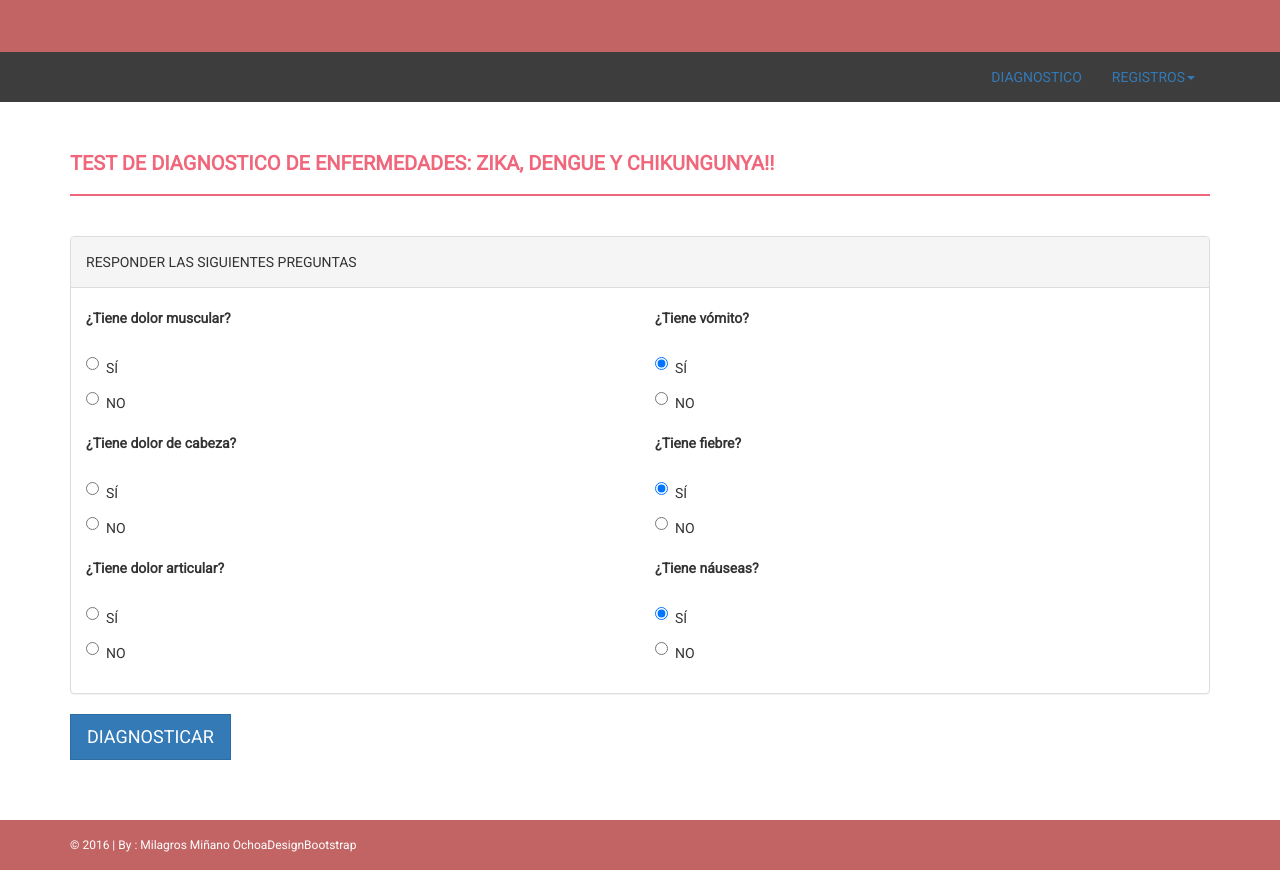
Repository: Mili10/PROYECTOII
Page: http://localhost/Capa_Presentacion/frmCuestionario.jsp
These files come from the project's save history. The page is drawn as it stood at one moment and after the next save; the edit follows.
The browser window is 1280 px wide. The pictures show the whole page.
The page is served by Tomcat 9. Other server files are loaded and not shown.

Above is the page before, as saved 2016-07-02 20:58:44.

### sistema_experto_web/Capa_Presentacion/WebContent/frmCuestionario.jsp
<%@ page language="java" contentType="text/html; charset=ISO-8859-1"
    pageEncoding="ISO-8859-1"%>
<!DOCTYPE html PUBLIC "-//W3C//DTD HTML 4.01 Transitional//EN" "http://www.w3.org/TR/html4/loose.dtd">
<html>
<head>
<meta http-equiv="Content-Type" content="text/html; charset=ISO-8859-1">
<title>Insert title here</title>
	<link href="Plantilla/css/bootstrap.css" rel="stylesheet" />
    <link href="Plantilla/css/font-awesome.css" rel="stylesheet" />
    <link href="Plantilla/css/style.css" rel="stylesheet" />
</head>
<body>
	<jsp:include page="includes/masterHeader.jsp"></jsp:include>

	<!-- MENU SECTION END-->
    <div class="content-wrapper">
        <div class="container">
            <div class="row">
                <div class="col-md-12">
                    <h4 class="page-head-line">TEST DE DIAGNOSTICO DE ENFERMEDADES: ZIKA, DENGUE Y CHIKUNGUNYA!! </h4>
                </div>
            </div>
                    <div class="panel panel-default">
                    <div class="panel-heading">
                        RESPONDER LAS SIGUIENTES PREGUNTAS
                    </div>
                    <div class="row">
                    <div class="panel-body">

                     	<div class="col-md-6">
	                       <form>
								<div class="form-group">
								    <label for="exampleInputEmail1">¿Tiene dolor muscular?</label>
								</div>
								<div class="radio">
								  <label>
								    <input type="radio" name="D_MuscularS" id="optionsRadios1" value="option1" >
								    SÍ
								  </label>
								</div>
								<div class="radio">
								  <label>
								    <input type="radio" name="D_MuscularN" id="optionsRadios2" value="option2">
								    NO
								  </label>
								</div>
							</form>

							<form>
								<div class="form-group">
								    <label for="exampleInputEmail1">¿Tiene dolor de cabeza?</label>
								</div>
								<div class="radio">
								  <label>
								    <input type="radio" name="D_CabezaS" id="optionsRadios1" value="option1" >
								    SÍ
								  </label>
								</div>
								<div class="radio">
								  <label>
								    <input type="radio" name="D_CabezaN" id="optionsRadios2" value="option2">
								    NO
								  </label>
								</div>
							</form>

							<form>
								<div class="form-group">
								    <label for="exampleInputEmail1">¿Tiene dolor articular?</label>
								</div>
								<div class="radio">
								  <label>
								    <input type="radio" name="D_ArticularS" id="optionsRadios1" value="option1">
								    SÍ
								  </label>
								</div>
								<div class="radio">
								  <label>
								    <input type="radio" name="D_ArticularN" id="optionsRadios2" value="option2">
								    NO
								  </label>
								</div>
							</form>
						</div>

						 <div class="col-md-6">
	                       <form>
								<div class="form-group">
								    <label for="exampleInputEmail1">¿Tiene vómito?</label>
								</div>
								<div class="radio">
								  <label>
								    <input type="radio" name="VomitoS" id="optionsRadios1" value="option1" checked="">
								    SÍ
								  </label>
								</div>
								<div class="radio">
								  <label>
								    <input type="radio" name="VomitoN" id="optionsRadios2" value="option2">
								    NO
								  </label>
								</div>
							</form>

							<form>
								<div class="form-group">
								    <label for="exampleInputEmail1">¿Tiene fiebre?</label>
								</div>
								<div class="radio">
								  <label>
								    <input type="radio" name="FiebreS" id="optionsRadios1" value="option1" checked="">
								    SÍ
								  </label>
								</div>
								<div class="radio">
								  <label>
								    <input type="radio" name="FiebreN" id="optionsRadios2" value="option2">
								    NO
								  </label>
								</div>
							</form>

							<form>
								<div class="form-group">
								    <label for="exampleInputEmail1">¿Tiene náuseas?</label>
								</div>
								<div class="radio">
								  <label>
								    <input type="radio" name="NauseasS" id="optionsRadios1" value="option1" checked="">
								    SÍ
								  </label>
								</div>
								<div class="radio">
								  <label>
								    <input type="radio" name="NauseasN" id="optionsRadios2" value="option2">
								    NO
								  </label>
								</div>
							</form>
						 </div>

                     </div>
                     </div>

                            </div>
                            <button class="btn btn-primary btn-lg" data-toggle="modal" data-target="#myModal">
                              DIAGNOSTICAR
                            </button>

                    </div>
               </div>

	<jsp:include page="includes/masterFooter.jsp"></jsp:include>

	<script src="Plantilla/js/jquery-1.11.1.js"></script>
    <script src="Plantilla/js/bootstrap.js"></script>
</body>
</html>

### sistema_experto_web/Capa_Presentacion/WebContent/includes/masterHeader.jsp
    <div class="navbar navbar-inverse set-radius-zero">
        <div class="container">
            <div class="navbar-header">
                <button type="button" class="navbar-toggle" data-toggle="collapse" data-target=".navbar-collapse">
                    <span class="icon-bar"></span>
                    <span class="icon-bar"></span>
                    <span class="icon-bar"></span>
                </button>
                <a class="navbar-brand" href="index.html">

                </a>

            </div>

        </div>
    </div>
    <!-- LOGO HEADER END-->
    <section class="menu-section">
        <div class="container">
            <div class="row">
                <div class="col-md-12">
                    <div class="navbar-collapse collapse">
                        <ul class="nav navbar-nav navbar-right">
                            <li><a href="frmCuestionario.jsp">DIAGNOSTICO</a></li>
                            <li class="dropdown">
                            	<a href="#" class="dropdown-toggle" data-toggle="dropdown" role="button" aria-haspopup="true" aria-expanded="false">REGISTROS<span class="caret"></span></a>
                            	<ul class="dropdown-menu">
						            <li><a href="frmRegistroSintoma.jsp" role="button">SINTOMA</a></li>
						        </ul>
                            </li>
                        </ul>
                    </div>
                </div>

            </div>
        </div>
    </section>

### sistema_experto_web/Capa_Presentacion/WebContent/includes/masterFooter.jsp
<!-- CONTENT-WRAPPER SECTION END-->
    <footer>
        <div class="container">
            <div class="row">
                <div class="col-md-12">
                    &copy; 2016 | By : Milagros Miñano Ochoa<a href="http://www.designbootstrap.com/" target="_blank">DesignBootstrap</a>
                </div>

            </div>
        </div>
    </footer>

### sistema_experto_web/Capa_Presentacion/WebContent/Plantilla/css/style.css

/*=============================================================
    Authour URL: www.designbootstrap.com

    http://www.designbootstrap.com/

    License: MIT

    http://opensource.org/licenses/MIT

    100% Free To use For Personal And Commercial Use.

    IN EXCHANGE JUST TELL PEOPLE ABOUT THIS WEBSITE

========================================================  */


/* =============================================================
   GENERAL STYLES
 ============================================================ */

@import url(http://fonts.googleapis.com/css?family=Roboto); /* FREE GOOGLE FONT */

body {
    font-family: 'Roboto', sans-serif;
    line-height: 30px;
}

.set-radius-zero {
    border-radius: 0px;
    -moz-border-radius: 0px;
    -webkit-border-radius: 0px;
}

.content-wrapper {
    margin-top: 40px;
    min-height: 600px;
    padding-bottom: 60px;
}

.page-head-line {
    font-weight: 900;
    padding-bottom: 20px;
    border-bottom: 2px solid #F0677C;
    text-transform: uppercase;
    color: #F0677C;
    font-size: 20px;
    margin-bottom: 40px;
}

.btn {
    border-radius: 0px;
    -webkit-border-radius: 0px;
    -moz-border-radius: 0px;
}

.progress {
    height: 8px;
    border-radius: 0px;
    -webkit-border-radius: 0px;
    -moz-border-radius: 0px;
}
.login-icon {
    height: 60px;
width: 60px;
padding: 13px;
border-radius: 50%;
font-size: 30px;
margin-bottom: 20px;
color: #fff;
text-align: center;
cursor:pointer;
background-color:#F0677C;
-webkit-border-radius:50%;
    -moz-border-radius:50%;
}
/* =============================================================
   HEADER SECTION STYLES
 ============================================================ */
header {
    background-color: #F0677C;
    color: #fff;
    padding: 10px;
    text-align: right;
}


/* =============================================================
   LOGO SECTION STYLES
 ============================================================ */
.left-div {
    padding-left: 30px;
    margin-top: 40px;
    margin-bottom: 30px;
}

.navbar-brand {
    width: 250px;
    padding-top: 30px;
}

/* USER SETTINGS DIV */
.user-settings-wrapper .nav > li > a {
    position: relative;
    display: block;
    padding: 15px 18px;
    border-radius: 50%;
    -webkit-border-radius: 50%;
    -moz-border-radius: 50%;
    height: 60px;
    width: 60px;
    background-color: #F0677C;
    color: #fff;
}

.user-settings-wrapper {
    margin-top: 10px;
}

    .user-settings-wrapper li {
        display: inline-block;
    }

    .user-settings-wrapper .dropdown-settings {
        width: 200px;
        padding: 10px;
    }

    .user-settings-wrapper .nav > li > a:hover,.user-settings-wrapper .nav > li > a:focus {
        text-decoration: none;
        background-color: #C36464!important;
    }

    .user-settings-wrapper img {
        height: 64px;
        width: 64px;
        border: 1px solid #000000;
    }

    .user-settings-wrapper .dropdown-menu {
        margin: 0px;
        border-radius: 0px!important;
        -moz-border-radius: 0px!important;
        -webkit-border-radius: 0px!important;
    }

    .user-settings-wrapper .btn {
        border-radius: 0px!important;
        -moz-border-radius: 0px!important;
        -webkit-border-radius: 0px!important;
    }

    .user-settings-wrapper .media-heading {
        padding-top: 10px;
    }

/* MENU LINKS SECTION*/

.menu-section {
    background-color: #3D3D3D;
}

#menu-top a {
    color: #FFF;
    text-decoration: none;
    font-weight: 500;
    padding: 10px 10px 10px 10px;
    text-transform: uppercase;
}

.menu-top-active {
    background-color: #C36464;
}

.menu-section .nav > li > a:hover,.menu-section .nav > li > a:focus {
    background-color: #F0677C!important;
}

.menu-section .dropdown-menu > li > a:hover,.menu-section .dropdown-menu > li > a:focus {
    background-color: #F0677C!important;
}

.navbar-inverse {
    background-color: #C36464;
    border-color: transparent;
}

.navbar-toggle {
    background-color: #F0677C;
    border: 1px solid #fff;
}

.navbar {
    margin-bottom: 0px;
}
/* =============================================================
   FOOTER SECTION STYLES
 ============================================================ */
footer {
    padding: 10px;
    color: #fff;
    font-size: 12px;
    background-color: #C36464;
}

    footer a, footer a:hover {
        color: #fff;
        text-decoration: none;
    }

/*==============================================
    DASHBOARD  STYLES
 =============================================*/

/* DASHBOARD ICONS */

.bk-clr-one {
    background-color: #B9B739;
}

.bk-clr-two {
    background-color: #F94C4C;
}

.bk-clr-three {
    background-color: #119c7e;
}

.bk-clr-four {
    background-color: #b739b9;
}

.dashboard-div-icon {
    height: 75px;
    width: 75px;
    border: 2px solid #fff;
    padding: 20px;
    border-radius: 50%;
    -webkit-border-radius:50%;
    -moz-border-radius:50%;
    font-size: 30px;
    margin-bottom: 20px;
    color: #fff;
}

.dashboard-div-wrapper {
    border-radius: 5px;
    text-align: center;
    padding: 15px;
    color: #fff;
    margin-bottom: 50px;
}

    .dashboard-div-wrapper .progress {
        height: 2px;
    }

/* NOTICE BOARD */


.notice-board .panel {
    border-radius: 0px;
    -webkit-border-radius: 0px;
    -moz-border-radius: 0px;
}

.notice-board ul {
    padding-left: 0px;
    list-style: none;
}

.notice-board li {
    padding: 10px;
    border-bottom: 1px solid #E5E5E5;
}

    .notice-board li span {
        margin-right: 10px;
        border: 1px solid #DBDBDB;
        padding: 5px;
    }

    .notice-board li a, li a:hover {
        text-decoration: none;
        color: #000;
    }

/* SOCIAL BUTTONS */
.btn-social {
    color: white;
    opacity: 0.8;
}

    .btn-social:hover {
        color: white;
        opacity: 1;
        text-decoration: none;
    }

.btn-facebook {
    background-color: #3b5998;
}

.btn-twitter {
    background-color: #00aced;
}

.btn-linkedin {
    background-color: #0e76a8;
}

.btn-google {
    background-color: #c32f10;
}

Loaded but not shown: sistema_experto_web/Capa_Presentacion/WebContent/Plantilla/css/bootstrap.css (library); sistema_experto_web/Capa_Presentacion/WebContent/Plantilla/css/font-awesome.css (library); sistema_experto_web/Capa_Presentacion/WebContent/Plantilla/js/jquery-1.11.1.js (library); sistema_experto_web/Capa_Presentacion/WebContent/Plantilla/js/bootstrap.js (library)

After the next save:
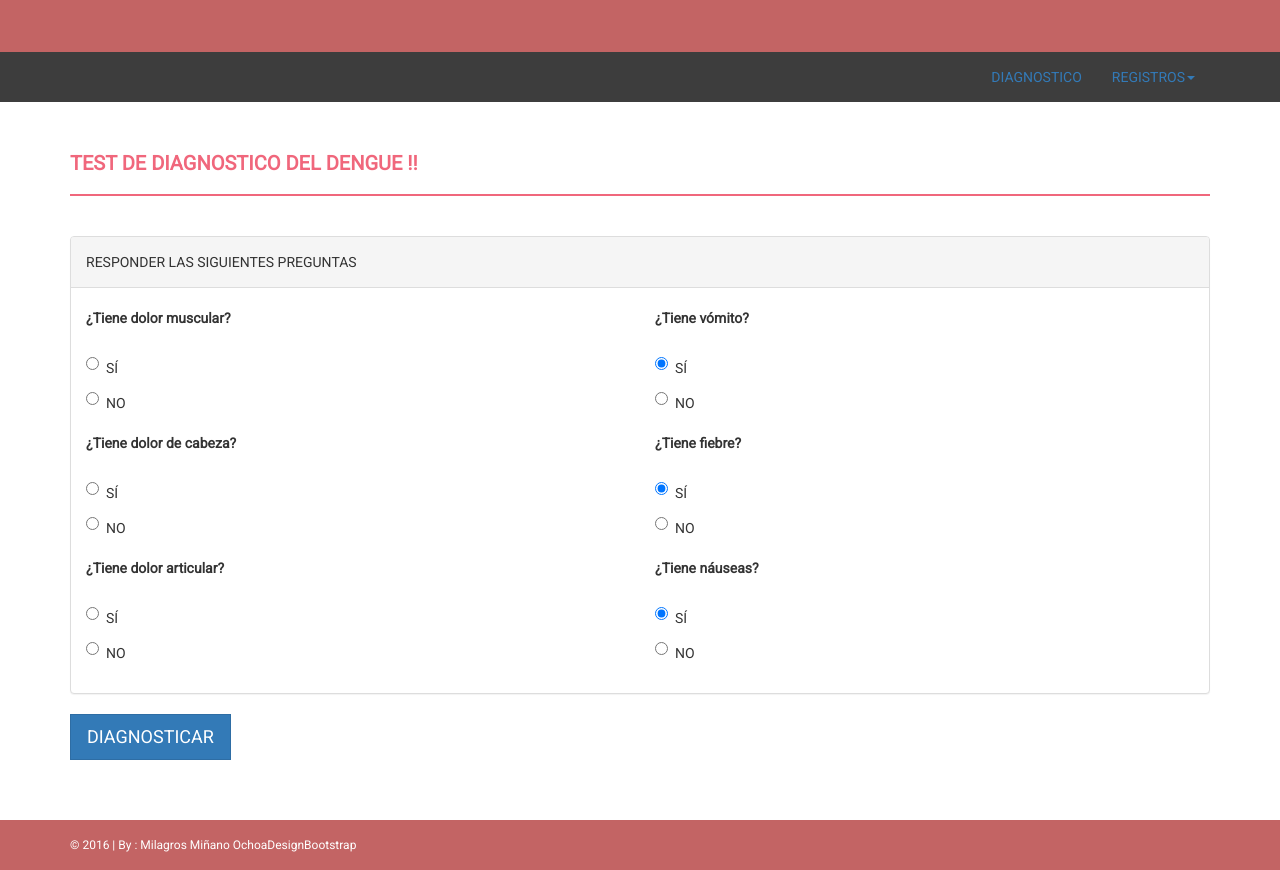
Saved 48 s later.
--- a/sistema_experto_web/Capa_Presentacion/WebContent/frmCuestionario.jsp
+++ b/sistema_experto_web/Capa_Presentacion/WebContent/frmCuestionario.jsp
@@ -17,7 +17,7 @@
         <div class="container">
             <div class="row">
                 <div class="col-md-12">
-                    <h4 class="page-head-line">TEST DE DIAGNOSTICO DE ENFERMEDADES: ZIKA, DENGUE Y CHIKUNGUNYA!! </h4>
+                    <h4 class="page-head-line">TEST DE DIAGNOSTICO DEL DENGUE !! </h4>
                 </div>
             </div>
                     <div class="panel panel-default">
